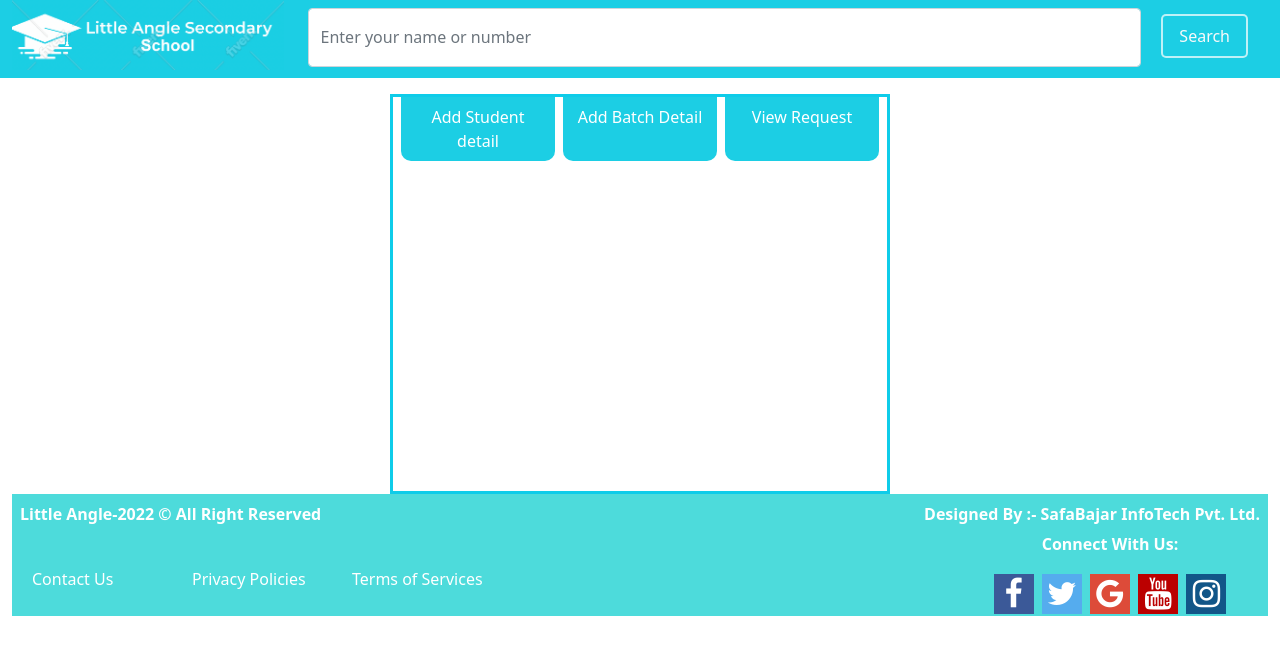
Repository: Sjuicyy/School-Project
Page: home2.html
These files come from the project's save history. The page is drawn as it stood at one moment and after a run of saves; the edit follows.
The browser window is 1280 px wide. The pictures show the whole page.

Above is the page before, as saved 2022-09-18 14:32:28.

After the next 3 saves:
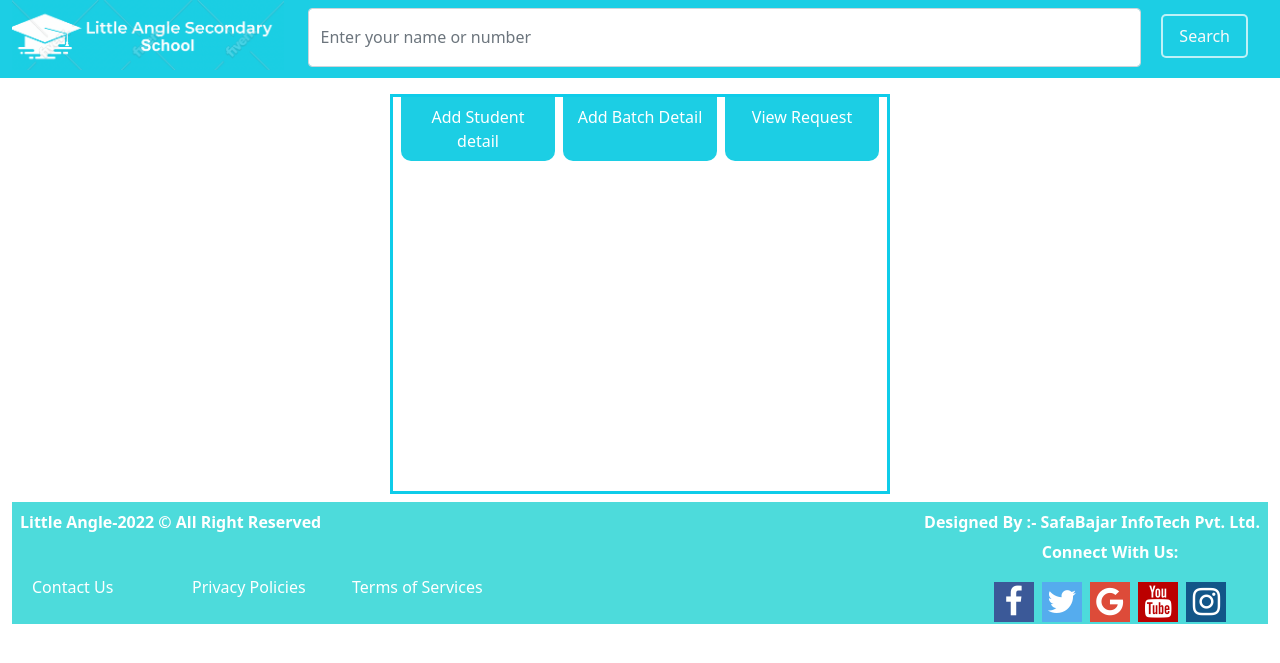
The 3 saves are shown as one change because they came seconds apart.
The last was saved 26 s later.
--- a/home2.html
+++ b/home2.html
@@ -271,7 +271,7 @@
         <!-- footer start -->
 
 
-        <div class="footer">
+        <div class="footer mt-2">
             <div class="row ">
                 <div class="col mx-2 mt-2" style="text-align:left"> <b>Little Angle-2022 © All Right Reserved</b> </div>
                 <div class="col mx-2 mt-2" style="text-align:right">
